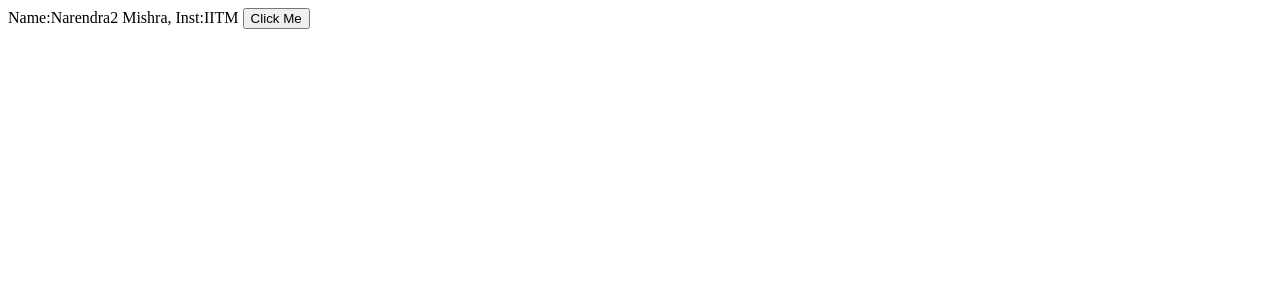
Repository: narendraiitm/sept23-live-sessions
Page: vue-basic/index.html
These files come from the project's save history. The page is drawn as it stood at one moment and after the next save; the edit follows.
The browser window is 1280 px wide. The pictures show the whole page.

Above is the page before, as saved 2023-10-17 21:06:37.

After the next save:
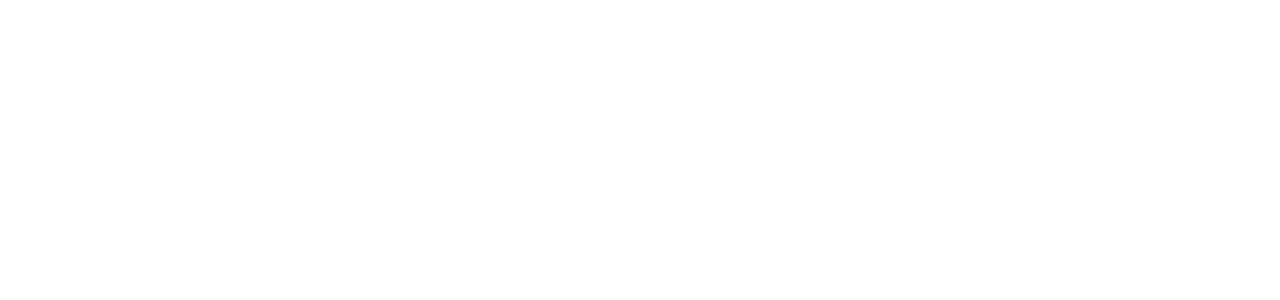
Saved 2 min 25 s later.
--- a/vue-basic/app.js
+++ b/vue-basic/app.js
@@ -13,9 +13,10 @@
     sayHello() {
       alert('Hello from method')
     },
+  },
+  computed: {
     fullName() {
       return this.firstName + ' ' + this.lastName
     },
   },
-  computed: {},
 })

After the save that followed:
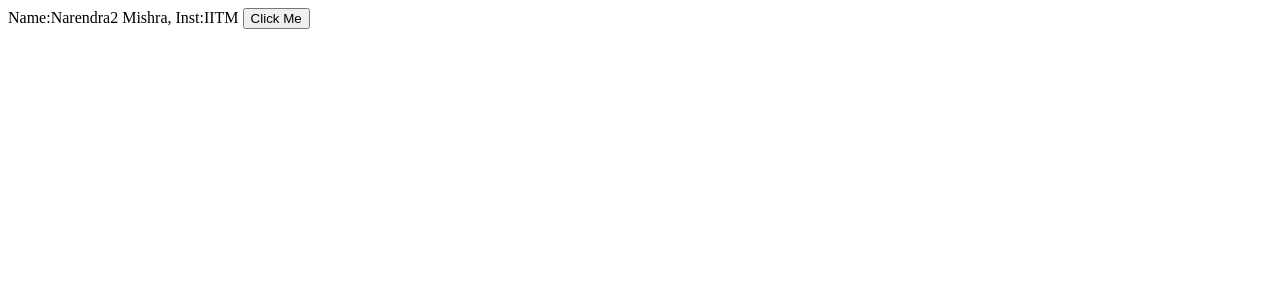
Saved 10 s later.
--- a/vue-basic/app.js
+++ b/vue-basic/app.js
@@ -1,7 +1,7 @@
 new Vue({
   // options object
   el: '#app',
-  template: `<div>Name:{{fullName()}}, Inst:{{inst}}
+  template: `<div>Name:{{fullName}}, Inst:{{inst}}
   <button v-on:click='sayHello'>Click Me</button>
   </div>`,
   data: {
